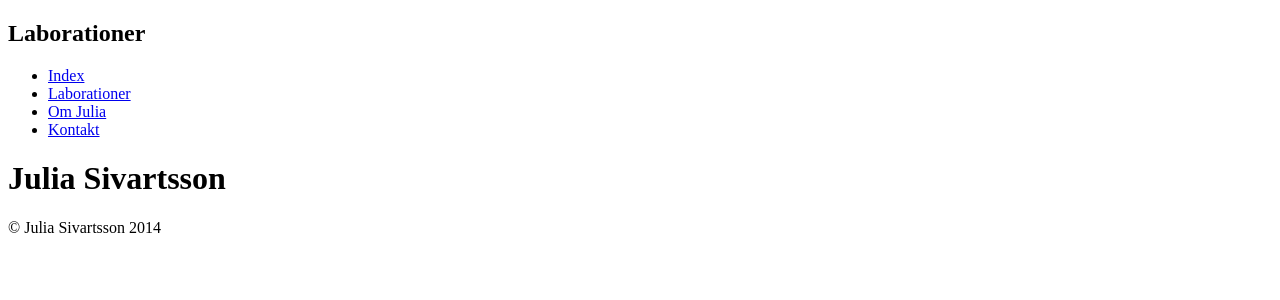
Repository: JuliaSivartsson/1ik415-jsigc09-laborationer
Page: pages/kontakt.html
The author's editor kept a record of every edit. The page is drawn from the files as they stood at one moment, then again after the next edit.
The browser window is 1280 px wide. The pictures show the whole page.

Above is the page before.

After the next edit:
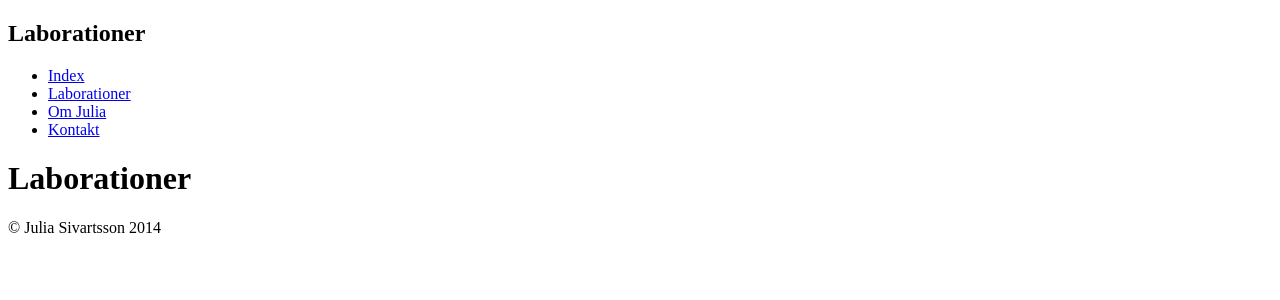
The edit:
--- a/pages/kontakt.html
+++ b/pages/kontakt.html
@@ -21,7 +21,7 @@
 <body>
 
 <!-- Rubrik 1 -->
-<h1>Julia Sivartsson</h1>
+<h1>Laborationer</h1>
 
 
 
